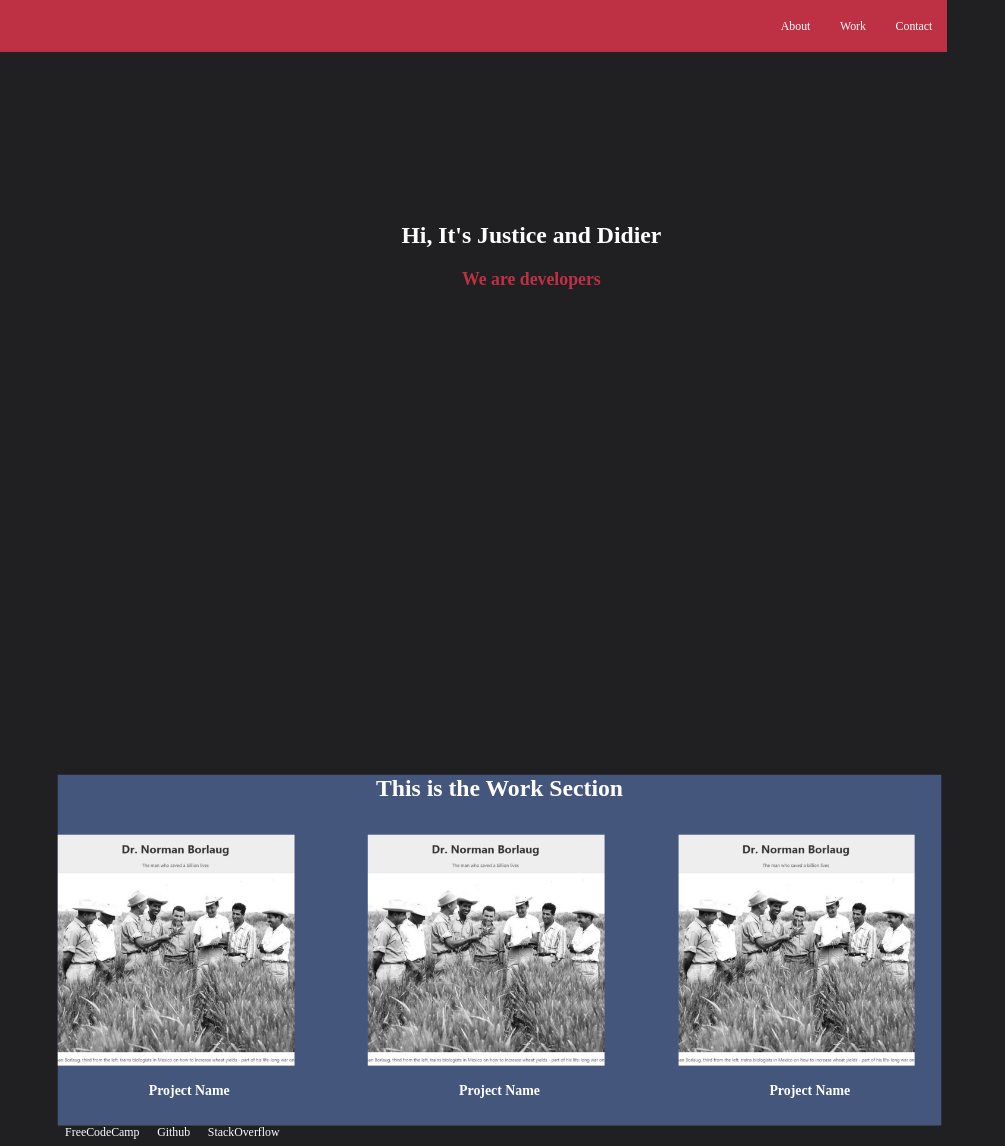
Repository: justicebhekani88/microverse_portfolio_project
Page: index.html
An editor plug-in stored every save of this project. The page is shown before and after the next save, followed by the edit.
The browser window is 1280 px wide. The page is 1358 px wide, so the pictures cover 1358 px, including what lies to the right of the window. The pictures show the whole page, at 74% of full size.

Above is the page before, as saved 2022-07-21 15:29:23.

After the next save:
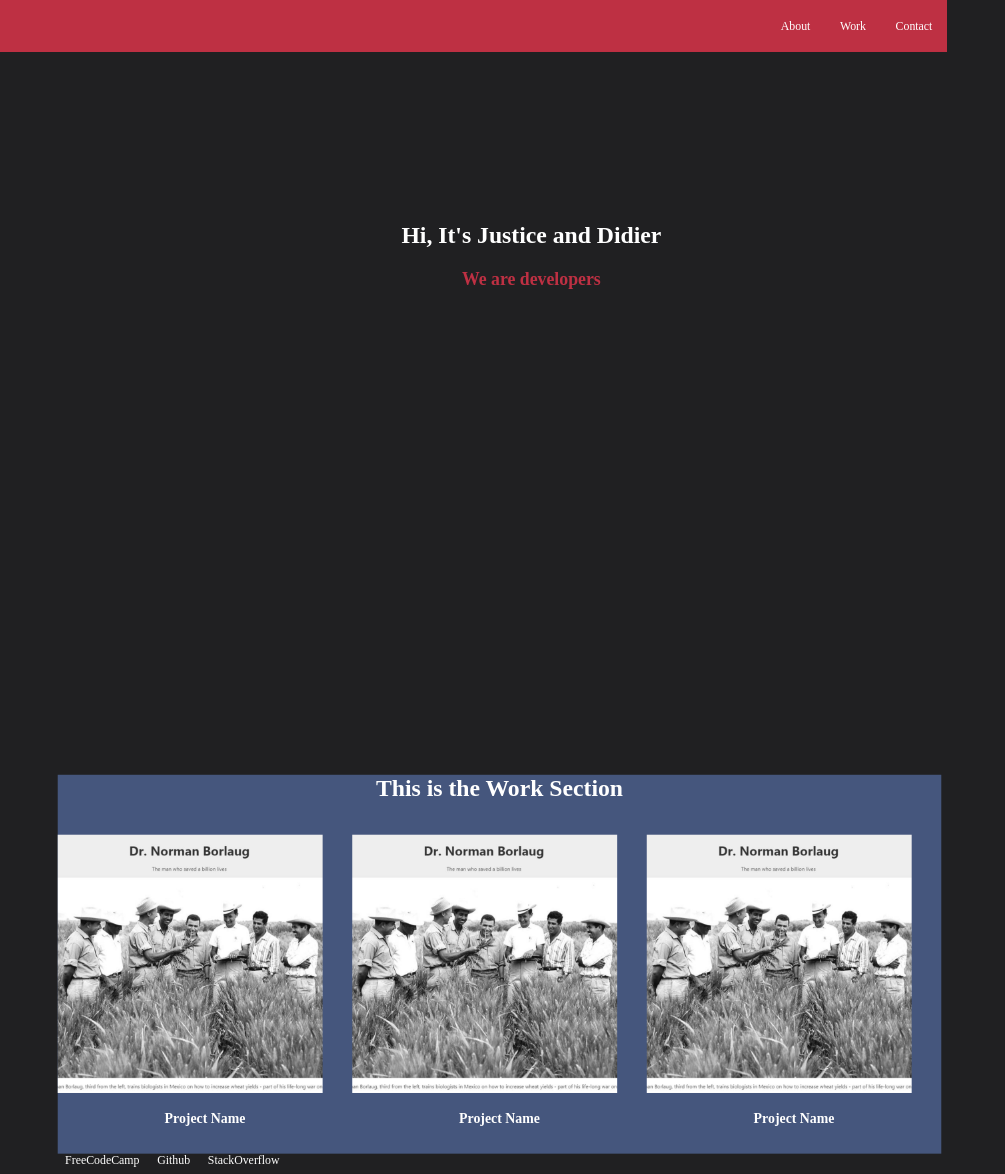
Saved 11 s later.
--- a/style.css
+++ b/style.css
@@ -63,7 +63,7 @@ h3 {
 #projects-display {
     display: grid;
     grid-template-columns: repeat(auto-fit, minmax(320px, 1fr));
-    grid-gap: 4rem;
+    /* grid-gap: 4rem; */
 }
 
 img {
